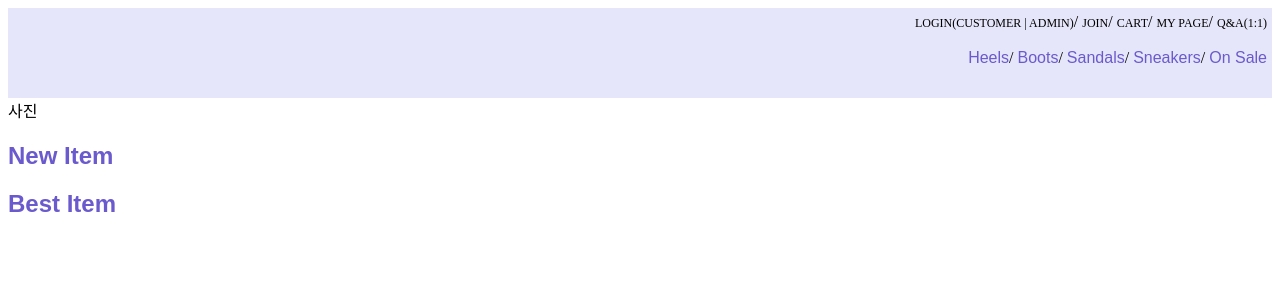
Repository: taeeun2/java_web
Page: http://localhost/webapp/Shopingmall/member/index.jsp
These files come from the project's save history. The page is drawn as it stood at one moment and after the next save; the edit follows.
The browser window is 1280 px wide. The pictures show the whole page.
Some web fonts or font styles are not loaded; a fallback is used. The page is served by Tomcat 9. Other server files are loaded and not shown.

Above is the page before, as saved 2021-09-30 09:08:41.

### webapp/WebContent/Shopingmall/member/index.jsp
<%@ page language="java" contentType="text/html; charset=EUC-KR"
    pageEncoding="EUC-KR"%>
        <%@ taglib uri = "http://java.sun.com/jsp/jstl/core" prefix = "c" %>
<!DOCTYPE html>
<html>
<head>
<meta charset="EUC-KR">
<title>Insert title here</title>
<style>
	h2{
	color : slateblue;
	font-family: 'Black Han Sans', sans-serif;
	}

	table{
		display:flex;
		display: -webkit-box;
		display: -ms-flexbox;
		overflow-x: auto;
		overflow-y: hidden;
		display:flex
		}
</style>
</head>
<body>
<jsp:include page="../include/Header.jsp"/>
<div>
	사진
</div>
<div>
<h2>New Item</h2>
<!-- <form id = "join" action = "NonageServlet?command=join" method="post"name="formm"> -->
	<c:set var = "newProductList" value = "${requestScope.newProductList}"></c:set>

			<c:forEach var = "newProduct"  items =  "${newProductList}">
			<table>
				<tr>
				<td><img src = "http://localhost:8080/webapp/Shopingmall/product_images/${newProduct.image}" width = 200 height = 200></td>
				<td>${newProduct.name}</td>
				<td>${newProduct.price2}</td>
				</tr>
			</table>
			</c:forEach>


</div>


<div>
<h2>Best Item</h2>

	<c:set var = "bestProductList" value = "${requestScope.bestProductList}"></c:set>
			<table>
			<c:forEach var = "bestProduct"  items = "${bestProductList}">
				<tr>
				<td>${bestProduct.name}</td>
				<td>${bestProduct.price2}</td>
				<td>${bestProduct.image}</td>
			</c:forEach>
			</table>

</div>
</body>
</html>

### webapp/WebContent/Shopingmall/include/Header.jsp
<%@ page language="java" contentType="text/html; charset=EUC-KR"
    pageEncoding="EUC-KR"%>
<!DOCTYPE html>
<html>
<head>
<link rel="preconnect" href="https://fonts.googleapis.com">
<link rel="preconnect" href="https://fonts.gstatic.com" crossorigin>
<link href="https://fonts.googleapis.com/css2?family=Yeon+Sung&display=swap" rel="stylesheet">

<link rel="preconnect" href="https://fonts.googleapis.com">
<link rel="preconnect" href="https://fonts.gstatic.com" crossorigin>
<link href="https://fonts.googleapis.com/css2?family=Black+Han+Sans&display=swap" rel="stylesheet">
<meta charset="EUC-KR">
<title>Insert title here</title>
<style>
	*{
	text-decoration: none;
	}
	.a1{
		color : black;
		font-size : 12px;
		font-family: 'Yeon Sung', cursive;
	}

	.a2{
		color : slateblue;
		font-family: 'Black Han Sans', sans-serif;
	}
</style>


</head>
<%-- session 추가하기 --%>
<body>
<div style="background-color:lavender;
 height:80px; padding : 5px;">
	<%--	if(userinfo!=null && userinfo.getId() !=null){--%>
	<%--	<span style="float:right;"><%--오른쪽 정렬--%>
	<%-- 	<%=userinfo.getName() %>--%>
		<span style="float:right;"><%--오른쪽 정렬--%>
		<a class = "a1" href = "#" >LOGIN(CUSTOMER | ADMIN)</a>/
		<a class = "a1" href = "#" >JOIN</a>/
		<a class = "a1" href = "#" >CART</a>/
		<a class = "a1" href = "#" >MY PAGE</a>/
		<a class = "a1" href = "#" >Q&A(1:1)</a>
	<%--} else{
			response.sendRedirect("/webapp/auth/LogInForm.jsp");

	--%><br><br>
		<span style="float:right;"><%--오른쪽 정렬--%>
		<a class = "a2" href = "#" >Heels</a>/
		<a class = "a2" href = "#" >Boots</a>/
		<a class = "a2" href = "#" >Sandals</a>/
		<a class = "a2" href = "#" >Sneakers</a>/
		<a class = "a2" href = "#" >On Sale</a>

	<%--<% } --%>
</div>
</body>
</html>

After the next save:
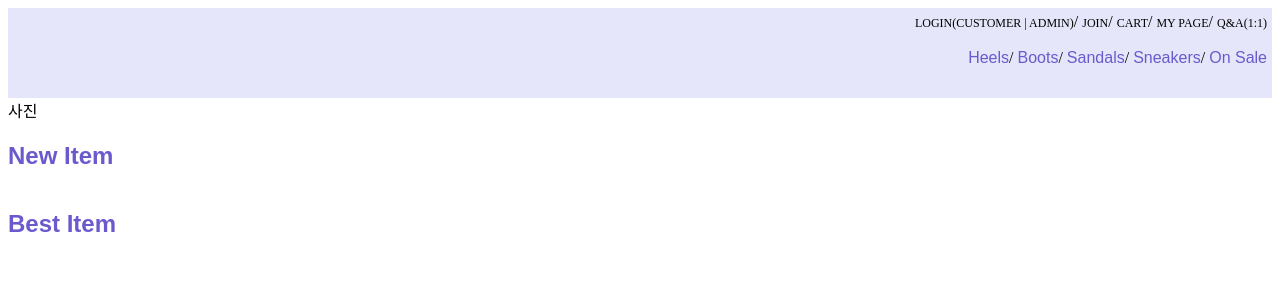
Saved 100 s later.
--- a/webapp/WebContent/Shopingmall/member/index.jsp
+++ b/webapp/WebContent/Shopingmall/member/index.jsp
@@ -18,7 +18,6 @@
 		display: -ms-flexbox;
 		overflow-x: auto;
 		overflow-y: hidden;
-		display:flex
 		}
 </style>
 </head>
@@ -31,16 +30,17 @@
 <h2>New Item</h2>
 <!-- <form id = "join" action = "NonageServlet?command=join" method="post"name="formm"> -->
 	<c:set var = "newProductList" value = "${requestScope.newProductList}"></c:set>
+			<table>
+			<c:forEach var = "newProduct"  items =  "${newProductList}">
 
-			<c:forEach var = "newProduct"  items =  "${newProductList}">
-			<table>
 				<tr>
 				<td><img src = "http://localhost:8080/webapp/Shopingmall/product_images/${newProduct.image}" width = 200 height = 200></td>
 				<td>${newProduct.name}</td>
 				<td>${newProduct.price2}</td>
 				</tr>
+
+			</c:forEach>
 			</table>
-			</c:forEach>
 
 
 </div>
